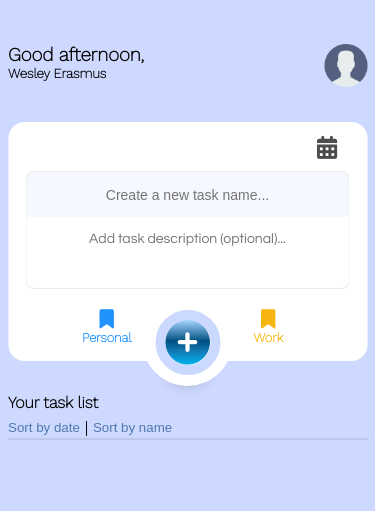
Repository: WesleyErasmus/Todo-App
Page: todoApp.html
The author's editor kept a copy of each file at every save. The page is drawn from the files as they stood at one save, then again after the next save.
The browser window is 375 px wide. The pictures show the whole page.
Some web libraries are served in a nearby version.

Above is the page before, as saved 2022-06-25 12:03:50.

After the next save:
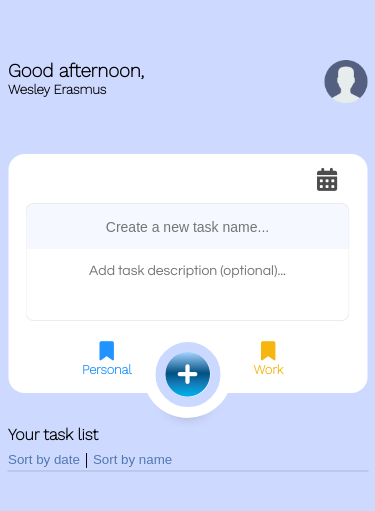
Saved 36 s later.
--- a/source/css/todoApp.css
+++ b/source/css/todoApp.css
@@ -706,22 +706,10 @@ Task title, Task description, Show description button */
 
   /* END OF APP WRAPPER/CONTAINER STYLING */
 
-/* Styling for section HTML tags */
-section {
-  margin-top: 1rem;
-  margin-bottom: 2rem;
-}
-
-/* Makes mouse cursor change to pointer when hovering over all labels */
-label {
-  cursor: pointer;
-}
-
-/* HEADER STYLING (Greeting, name, and profile image) */
 header {
   display: flex;
   justify-content: space-between;
-  padding: 1rem 0rem 1rem 0rem;
+  padding: 2rem 0rem 2rem 0rem;
   border-radius: 1rem;
 }
 
